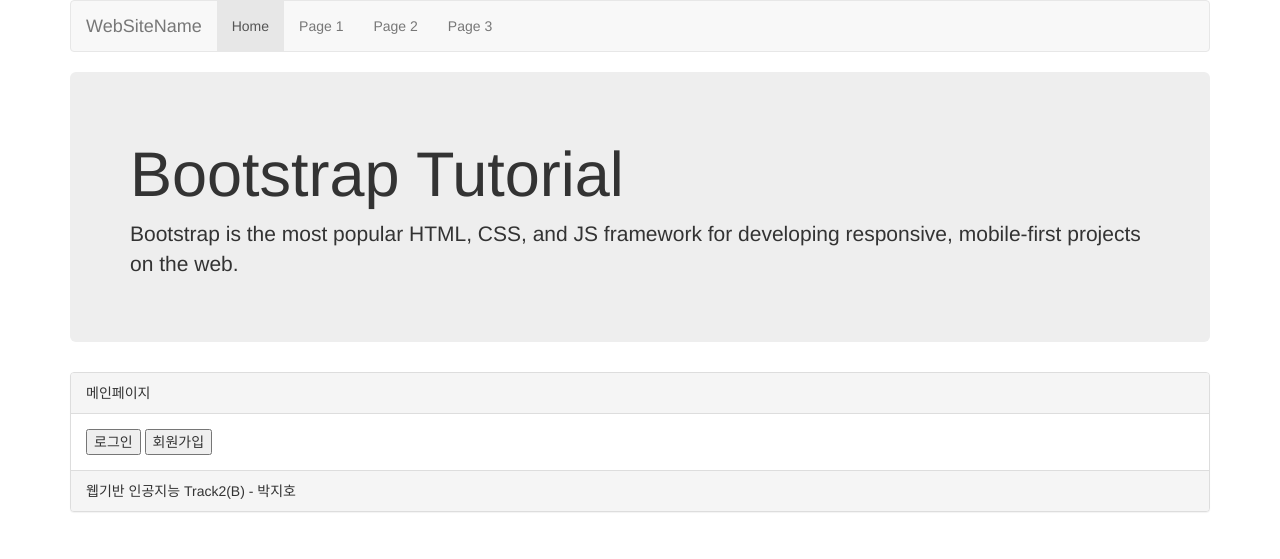
Repository: Jipumpkin/WebServer
Page: http://localhost/FrontCommandPattern/main.jsp
These files come from the project's save history. The page is drawn as it stood at one moment and after the next save; the edit follows.
The browser window is 1280 px wide. The pictures show the whole page.
The page is served by Tomcat 9. Other server files are loaded and not shown.

Above is the page before, as saved 2024-08-20 03:11:12.

### FrontCommandPattern/src/main/webapp/main.jsp
<%@ page language="java" contentType="text/html; charset=EUC-KR"
    pageEncoding="EUC-KR"%>
<!DOCTYPE html>
<html>
<head>
<meta charset="EUC-KR">
<title>Insert title here</title>
<link rel="stylesheet" href="https://maxcdn.bootstrapcdn.com/bootstrap/3.4.1/css/bootstrap.min.css">
<script src="https://ajax.googleapis.com/ajax/libs/jquery/3.7.1/jquery.min.js"></script>
<script src="https://maxcdn.bootstrapcdn.com/bootstrap/3.4.1/js/bootstrap.min.js"></script>
</head>
<body>
	<div class="container">

		<nav class="navbar navbar-default">
		  <div class="container-fluid">
		    <div class="navbar-header">
		      <a class="navbar-brand" href="#">WebSiteName</a>
		    </div>
		    <ul class="nav navbar-nav">
		      <li class="active"><a href="#">Home</a></li>
		      <li><a href="#">Page 1</a></li>
		      <li><a href="#">Page 2</a></li>
		      <li><a href="#">Page 3</a></li>
		    </ul>
		  </div>
		</nav>

	    <div class="jumbotron">
		    <h1>Bootstrap Tutorial</h1>
		    <p>Bootstrap is the most popular HTML, CSS, and JS framework for developing
		    responsive, mobile-first projects on the web.</p>
	  	</div>

	 	<div class="panel panel-default">
		    <div class="panel-heading">메인페이지</div>

		    <div class="panel-body">

				<button>로그인</button>
				<button>회원가입</button>

		    </div>

		    <div class="panel-footer">웹기반 인공지능 Track2(B) - 박지호</div>
	  	</div>
	</div>

</body>
</html>

After the next save:
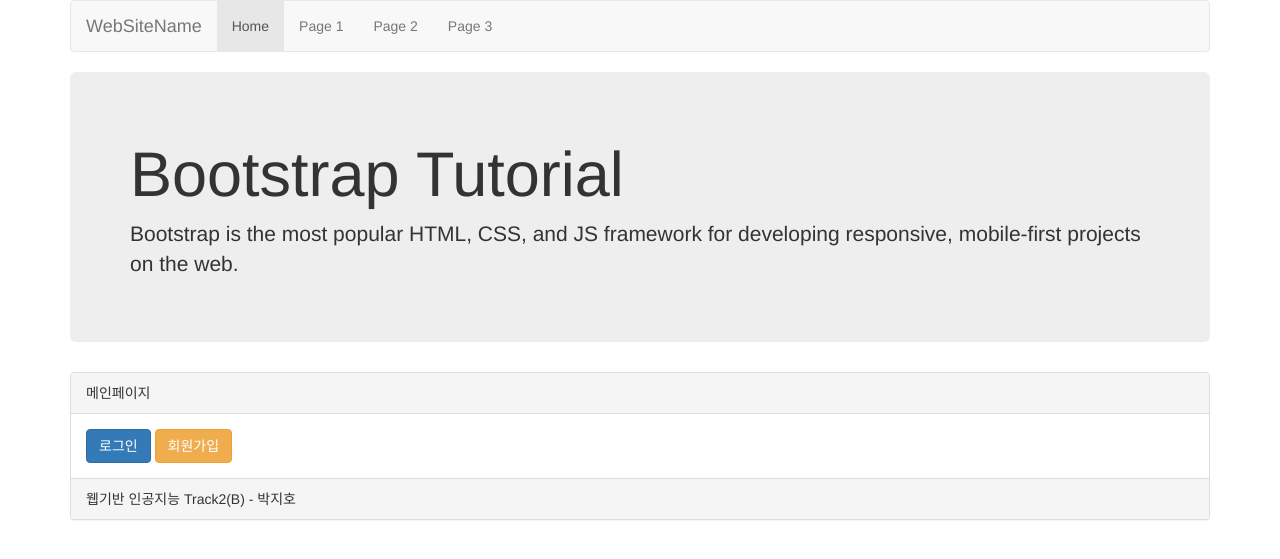
Saved 83 s later.
--- a/FrontCommandPattern/src/main/webapp/main.jsp
+++ b/FrontCommandPattern/src/main/webapp/main.jsp
@@ -37,8 +37,8 @@
 
 		    <div class="panel-body">
 
-				<button>로그인</button>
-				<button>회원가입</button>
+				<button class="btn btn-primary">로그인</button>
+				<button class="btn btn-warning">회원가입</button>
 
 		    </div>
 
